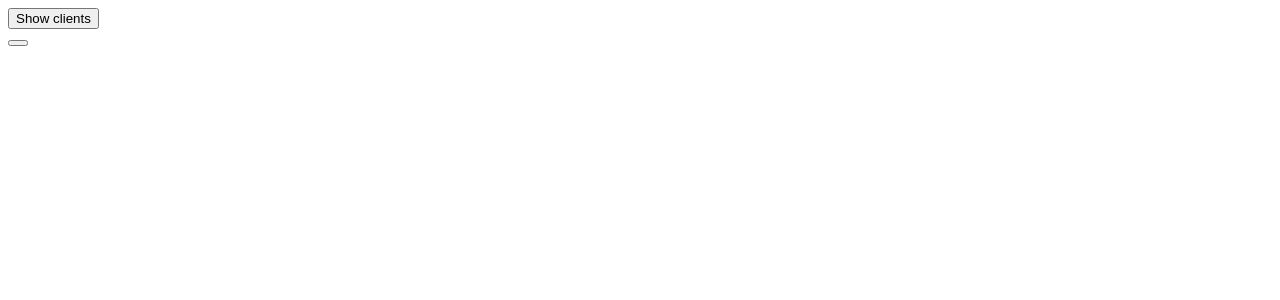
Repository: motiejus1/16-paskaita-PHP-05.31
Page: http://localhost/
An editor plug-in stored every save of this project. The page is shown before and after the next save, followed by the edit.
The browser window is 1280 px wide. The pictures show the whole page.
The page is run by PHP 8.4 with error messages shown; the project is at /var/www/html/.

Above is the page before, as saved 2021-09-08 18:36:16.

### index.php

<?php require_once("connection.php"); ?>

<!DOCTYPE html>
<html lang="lt">
<head>
    <meta charset="UTF-8">
    <meta http-equiv="X-UA-Compatible" content="IE=edge">
    <meta name="viewport" content="width=device-width, initial-scale=1.0">
    <title>AJAX</title>
</head>
<body>

    <form action="index.php" method="POST">
        <button type="submit" name="submit">Show clients</button>
    </form>

    <button id=>



    <table>

    <?php
        if(isset($_POST["submit"])) {
            //siunciam uzklausa i duomenu baze
            //duomenis atvaizduojame

            $sql = "SELECT * FROM klientai
            WHERE 1
            LIMIT 50
            ";

            $result = $conn->query($sql);// uzklausos vykdymas

            while($clients = mysqli_fetch_array($result)) {
                echo "<tr>";
                echo "<td>". $clients["ID"]. "</td>";
                echo "<td>". $clients["vardas"]. "</td>";
                echo "<td>". $clients["pavarde"]. "</td>";
                echo "<td>". $clients["teises_id"]. "</td>";
                echo "</tr>";
            }
        }

    ?>

    </table>
    <?php
    //AJAX - duomenu siuntimo i serveri Javascript pagalba technika.

    // Mygtuko paspaudimu atvaizduoti 50 klientu (be puslapio persikrovimo).
    ?>



    <script src="script.js"></script>
</body>
</html>

### connection.php
<?php

$database_server = 'localhost';
$database_username = 'root';
$database_password = '';
$database_name = 'klientuvaldymosistema';

// Create connection using mysqli_connect()
$conn = mysqli_connect($database_server, $database_username, $database_password, $database_name);

// If $conn is false, connection is failed
if (!$conn ) {
  die("Failed to connect to MySQL: " . mysqli_connect_error());
}

mysqli_set_charset($conn,"utf8");
// else {
    // echo "Prisijungimas ivyko sekmingai";
// }

?>

### script.js
"use strict";
console.log("Script failas veikia");

After the next save:
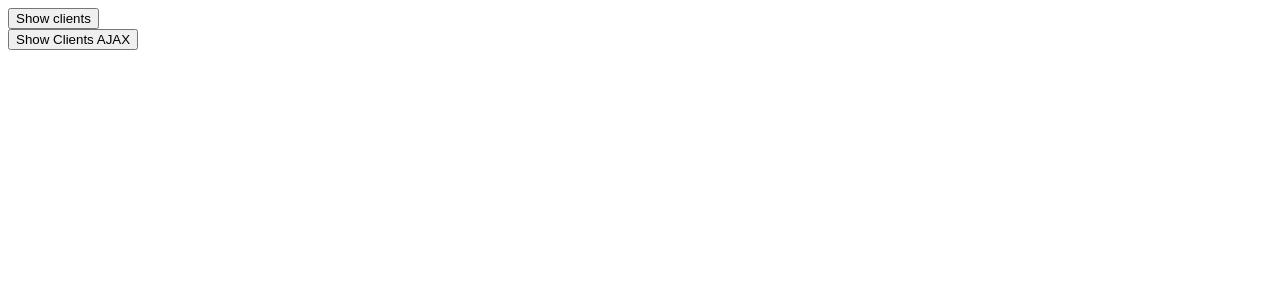
Saved 9 s later.
--- a/index.php
+++ b/index.php
@@ -15,7 +15,7 @@
         <button type="submit" name="submit">Show clients</button>
     </form>
 
-    <button id=>
+    <button id=> Show Clients AJAX</button>
 
 
 
